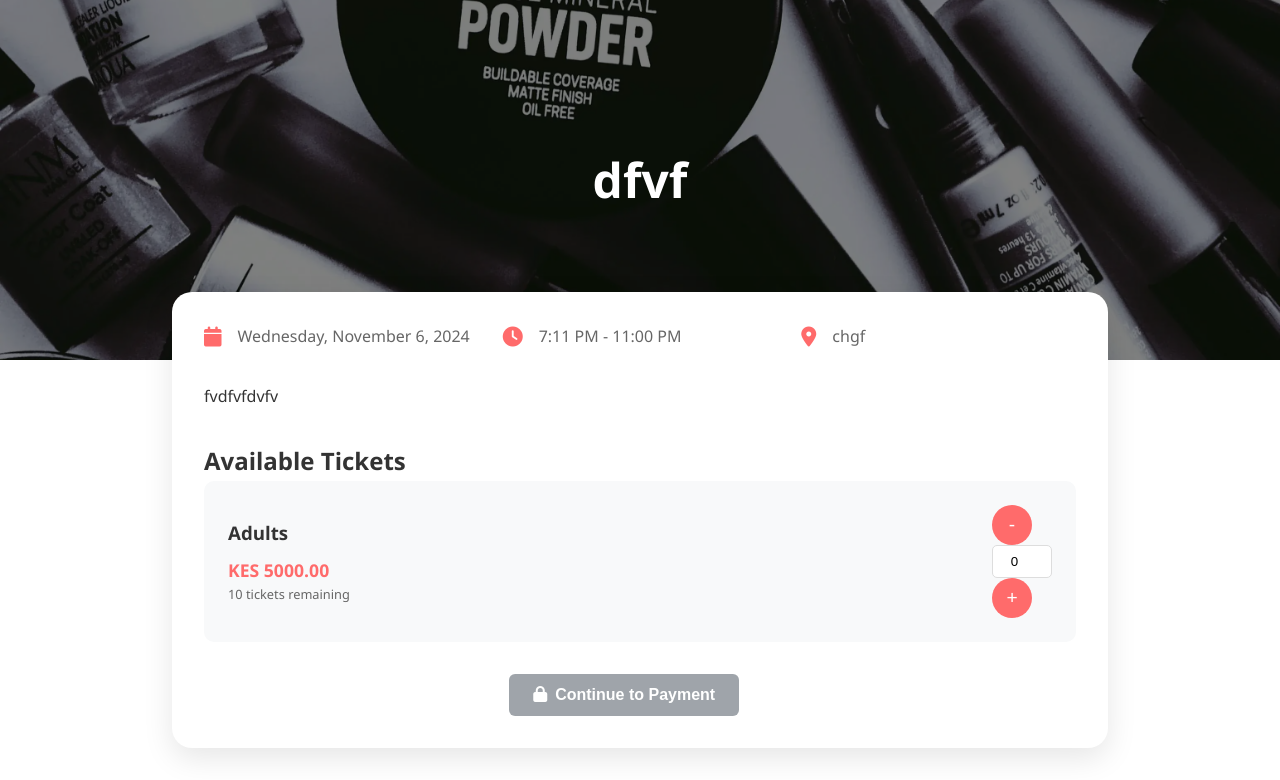
Repository: mrPractise/Susan-Portfolio
Page: http://localhost/events/dfvf/
An editor plug-in stored every save of this project. The page is shown before and after the next save, followed by the edit.
The browser window is 1280 px wide. The pictures show the whole page.
The page is served by the project's application, run on Django 5.2 (manage.py). The page reads the database file committed with the project.

Above is the page before, as saved 2024-10-31 15:51:48.

After the next save:
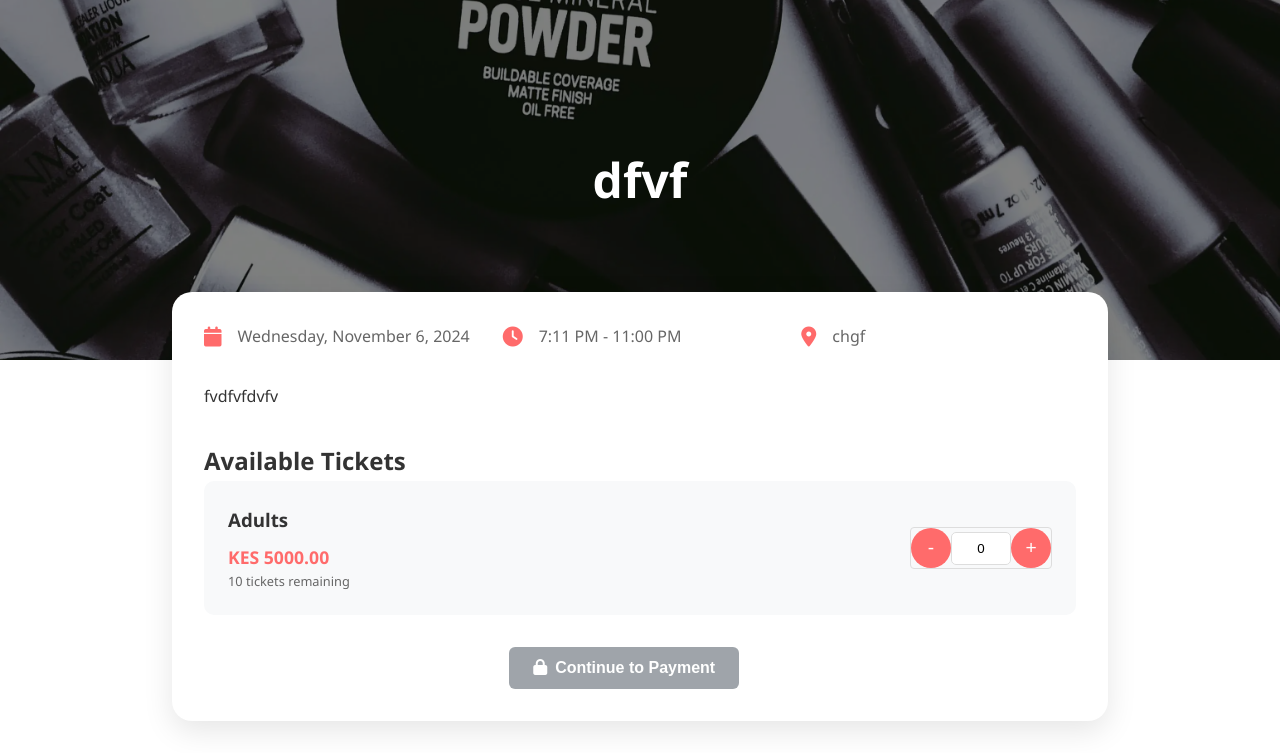
Saved 104 s later.
--- a/static/css/event-detail.css
+++ b/static/css/event-detail.css
@@ -249,7 +249,71 @@ margin-left: 35%;
     border-top-color: white;
     animation: spin 0.8s linear infinite;
 }
-
+/* Order Summary Styles */
+.order-summary {
+    background: #f8f9fa;
+    border-radius: 8px;
+    padding: 20px;
+    margin: 20px 0;
+}
+
+.order-summary h3 {
+    margin-bottom: 15px;
+    color: #333;
+}
+
+.ticket-summary-line {
+    display: flex;
+    justify-content: space-between;
+    padding: 8px 0;
+    border-bottom: 1px solid #eee;
+}
+
+.total-line {
+    display: flex;
+    justify-content: space-between;
+    padding-top: 15px;
+    margin-top: 15px;
+    border-top: 2px solid #ddd;
+    font-weight: bold;
+    font-size: 1.1em;
+}
+
+/* Quantity Input Styles */
+.quantity-wrapper {
+    display: flex;
+    align-items: center;
+    border: 1px solid #ddd;
+    border-radius: 4px;
+    overflow: hidden;
+}
+
+.quantity-btn {
+    background: #f8f9fa;
+    border: none;
+    padding: 8px 12px;
+    cursor: pointer;
+    font-size: 16px;
+}
+
+.quantity-btn:hover {
+    background: #e9ecef;
+}
+
+.ticket-quantity {
+    width: 50px;
+    text-align: center;
+    border: none;
+    border-left: 1px solid #ddd;
+    border-right: 1px solid #ddd;
+    padding: 8px;
+}
+
+.ticket-quantity::-webkit-inner-spin-button,
+.ticket-quantity::-webkit-outer-spin-button {
+    -webkit-appearance: none;
+    margin: 0;
+}
 @keyframes spin {
     to { transform: rotate(360deg); }
 }
